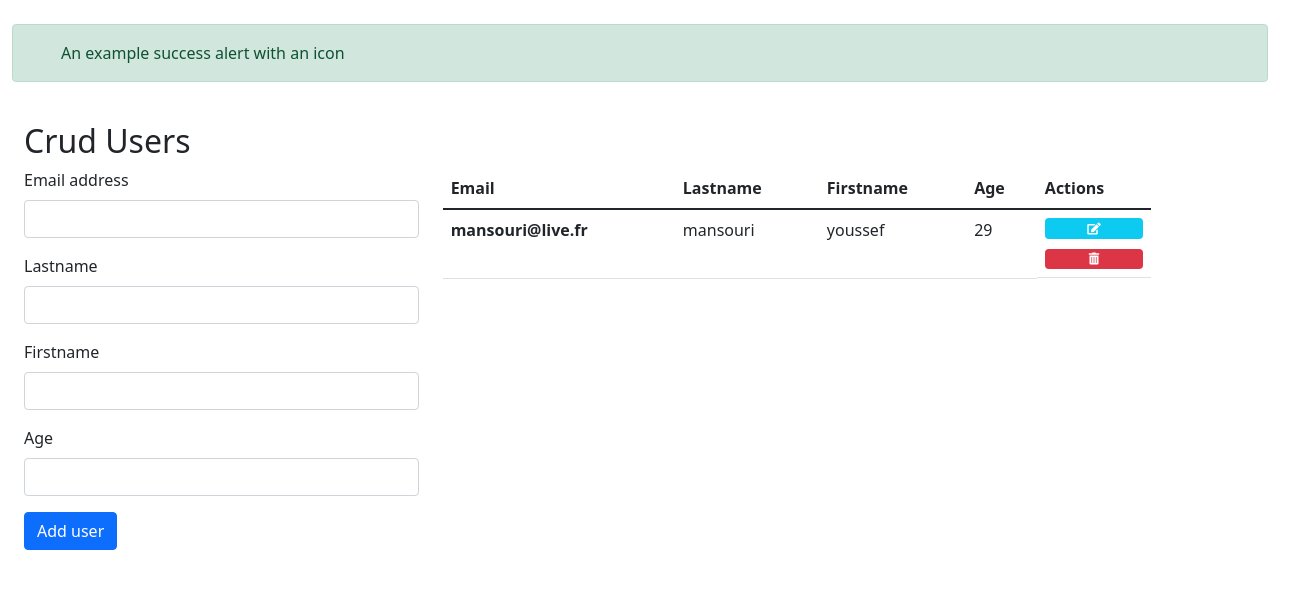
Repository: CydexCode/Simple-student-management-system
Page: template.html
An editor plug-in stored every save of this project. The page is shown before and after the next save, followed by the edit.
The browser window is 1280 px wide. The page is 1292 px wide, so the pictures cover 1292 px, including what lies to the right of the window. The pictures show the whole page.

Above is the page before, as saved 2022-09-16 12:34:41.

After the next save:
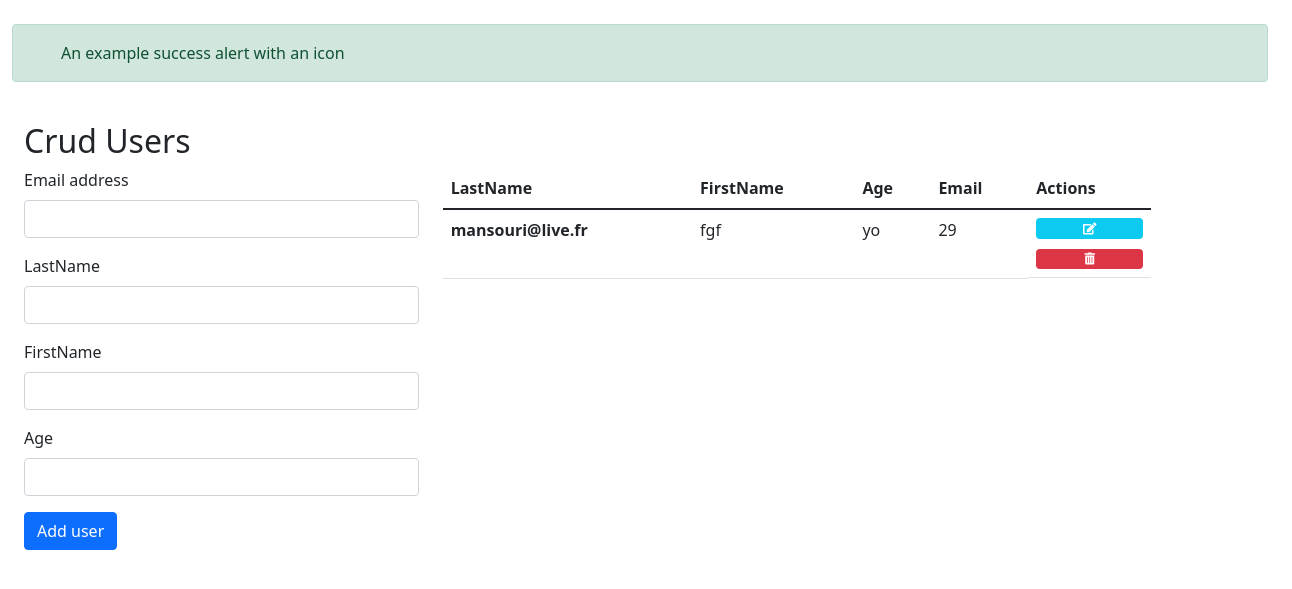
Saved 21 h 22 min later.
--- a/template.html
+++ b/template.html
@@ -36,12 +36,12 @@
                 <input type="text" class="form-control" name="Email">
             </div>
             <div class="mb-3">
-                <label for="Lastname" class="form-label">Lastname</label>
-                <input type="text" class="form-control" name="Lastname">
+                <label for="Lastname" class="form-label">LastName</label>
+                <input type="text" class="form-control" name="LastName">
             </div>
             <div class="mb-3">
-                <label for="Firstname" class="form-label">Firstname</label>
-                <input type="text" class="form-control" name="Firstname">
+                <label for="Firstname" class="form-label">FirstName</label>
+                <input type="text" class="form-control" name="FirstName">
             </div>
             <div class="mb-3">
                 <label for="Age" class="form-label">Age</label>
@@ -54,18 +54,19 @@
         <table class="table">
             <thead>
               <tr>
+
+                <th scope='col'>LastName</th>
+                <th scope='col'>FirstName</th>
+                <th scope='col'>Age</th>
                 <th scope='col'>Email</th>
-                <th scope='col'>Lastname</th>
-                <th scope='col'>Firstname</th>
-                <th scope='col'>Age</th>
                 <th scope='col'>Actions</th>
               </tr>
             </thead>
             <tbody>
                 <tr>
                     <th>mansouri@live.fr</th>
-                    <td>mansouri</td>
-                    <td>youssef</td>
+                    <td>fgf</td>
+                    <td>yo</td>
                     <td>29</td>
                     <td class="gap__actions">
 
